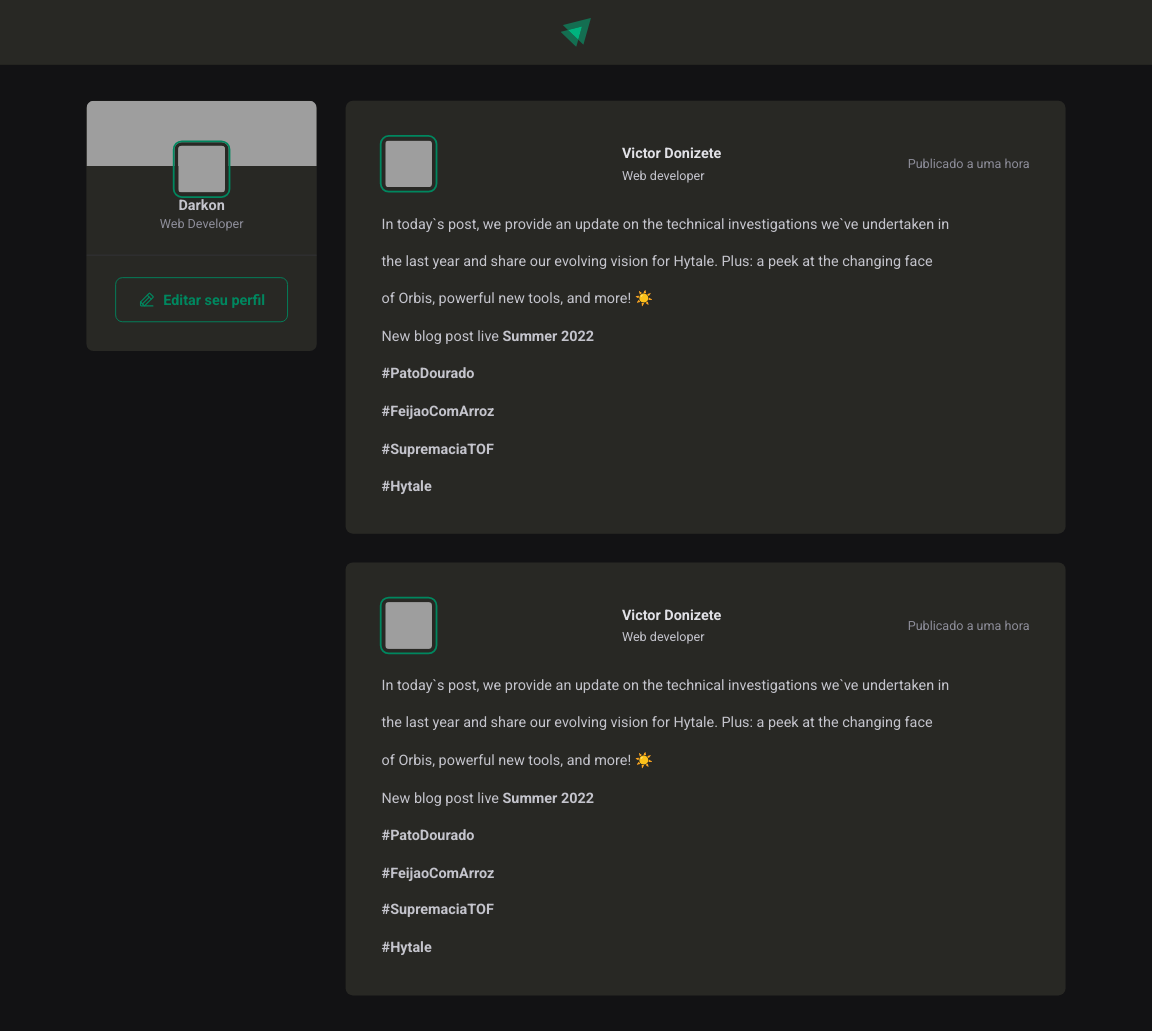
Repository: viviij/PseudoRedeSocial
Page: /
The author's editor kept a copy of each file at every save. The page is drawn from the files as they stood at one save, then again after the next save.
The browser window is 1280 px wide. The pictures show the whole page, at 90% of full size.
Pictures or frames that could not be fetched are drawn as grey boxes. The project was rebuilt for these pictures with package versions that can differ from the ones it lists, and the page was loaded fresh each time. Also part of the build but not shown: vite.config.js.

Above is the page before, as saved 2022-08-02 12:07:23.

### index.html
<!DOCTYPE html>
<html lang="en">
  <head>
    <meta charset="UTF-8" />
    <link rel="preconnect" href="https://fonts.googleapis.com">
    <link rel="preconnect" href="https://fonts.gstatic.com" crossorigin>
    <link rel="icon" type="image/svg+xml" href="/vite.svg" />
    <meta name="viewport" content="width=device-width, initial-scale=1.0" />
    <link href="https://fonts.googleapis.com/css2?family=Roboto:wght@400;700&display=swap" rel="stylesheet">
    <title>RedeSocial</title>
  </head>
  <body>
    <div id="root"></div>
    <script type="module" src="/src/main.jsx"></script>
  </body>
</html>

### src/App.jsx
import { Header } from "./components/header";
import { Sidebar } from "./components/Sidebar"
import { Post } from "./components/Post"

import styles from "./App.module.css"
import "./global.css"
export function App() {
  return (
    <div>
      <Header />

      <div className={styles.wrapper}>
        <Sidebar />
        <main>
          <Post
            author="Victor Donizete"
            content="Texto generico criado apenas para simular uma postagem"
          />
          <Post
            author="Fernanda Medeiros"
            content="Texto generico criado apenas para simular uma postagem"
          />
        </main>
      </div>
    </div>
  )
}

### src/components/header.jsx
import styles from "./Header.module.css"

import IgniteLogo from '../assets/IgniteLogo.svg'

export function Header() {
  return (
    <header className={styles.header}>
      <img src={IgniteLogo} alt="Logo da ignite" />
    </header>
  )
}

### src/components/Sidebar.jsx
import styles from "./Sidebar.module.css"
import { PencilLine } from "phosphor-react"

export function Sidebar() {
  return (
    <aside className={styles.sidebar}>
      <img
        className={styles.cover}
        src="https://images.unsplash.com/photo-1659095579647-7c1bbc73b36f?ixlib=rb-1.2.1&ixid=MnwxMjA3fDB8MHxlZGl0b3JpYWwtZmVlZHw1fHx8ZW58MHx8fHw%3D&auto=format&fit=crop&w=500&q=10" alt="plano de fundo"
      />

      <div className={styles.profile}>
        <img
          className={styles.avatar}
          src="https://github.com/viviij.png" alt="Foto de perfil" />

        <strong>Darkon</strong>
        <span>Web Developer</span>
      </div>

      <footer>
        <a
          href="#">
          <PencilLine
            size={20}
          />
          Editar seu perfil
        </a>
      </footer>
    </aside>
  )
}

### src/components/Post.jsx
import styles from "./Post.module.css"

export function Post() {
  return (
    <article className={styles.post}>
      <header>
        <div className={styles.author}>
          <img className={styles.avatar} src="https://github.com/viviij.png" alt="Foto do perfil" />
        </div>
        <div className={styles.authorInfo}>
          <strong>Victor Donizete</strong>
          <span>Web developer</span>
        </div>

        <time title="1 de agosto as 00:13h" dateTime="2022-05-11 00:13:46">Publicado a uma hora</time>
      </header>

      <div className={styles.content}>
        <p> In today`s post, we provide an update on the technical investigations we`ve undertaken in</p> <p> the last year and share our evolving vision for Hytale. Plus: a peek at the changing face </p>
        <p> of Orbis, powerful new tools, and more! ☀️ </p>
        <p>New blog post live <a href="https://hytale.com/news/2022/7/summer-2022-development-update">Summer 2022</a></p>

        <p><a href="#">#PatoDourado</a></p>{' '}
        <p><a href="#">#FeijaoComArroz</a></p>{' '}
        <p><a href="#">#SupremaciaTOF</a></p>{' '}
        <p><a href="#">#Hytale</a></p>
      </div>
    </article>
  )
}

### src/App.module.css
.wrapper {
  max-width: 70rem;
  margin: 2rem auto;
  padding: 0.5rem 1rem;

  display: grid;
  grid-template-columns: 256px 1fr;
  gap: 2rem;
  align-items: flex-start;

}

### src/global.css
:root {
  --white: #ffffff;

  --gray-100: #e1e1e6;
  --gray-300: #c4c4cc;
  --gray-400: #8d8d99;
  --gray-600: #323238;
  --gray-700: #29292e;
  --gray-800: #282824;
  --gray-900: #121214;

  --green-300: #00B37E;
  --green-500: #00875f;
}

* {
  margin: 0;
  padding: 0;
  box-sizing: border-box;
}

body {
  background: var(--gray-900);
  color: var(--gray-300);
  -webkit-font-smoothing: antialiased;
}

body,
input,
textarea,
button {
  font-family: 'Roboto', sans-serif;
  font-weight: 400;
  font-size: 1rem;
}

### src/components/Sidebar.module.css
.sidebar {
  background: var(--gray-800);
  border-radius: 8px;
  overflow: hidden;
}

.cover {
  width: 100%;
  height: 72px;
  object-fit: cover;
}

.profile {
  display: flex;
  flex-direction: column;
  align-items: center;

  margin-top: calc(0px - 1.5rem - 6px);
}

.avatar {
  width: calc(3rem + 12px);
  height: calc(3rem + 12px);
  border-radius: 8px;
  border: 4px solid var(--gray-800);
  outline: 2px solid var(--green-500);
}

.prfile strong {
  margin: 1rem;
  color: var(--gray-100);
  line-height: 1.6;
}

.profile span {
  font-size: 0.875rem;
  color: var(--gray-400);
  line-height: 1.6;
}

.sidebar footer {
  border-top: 1px solid var(--gray-600);
  margin-top: 1.5rem;
  padding: 1.5rem 2rem 2rem;
}

.sidebar footer a {
  width: 100%;
  background: transparent;
  color: var(--green-500);
  border: 1px solid var(--green-500);
  border-radius: 8px;
  height: 50px;
  padding: 0 1.5rem;
  font-weight: bold;
  display: block;
  text-decoration: none;

  display: flex;
  align-items: center;
  justify-content: center;

  gap: 0.5rem;

  transition: color 0.5s, background-color 0.5s;
}

.sidebar footer a:hover {
  background: var(--green-500);
  color: var(--white)
}

### src/components/Post.module.css
.post {
  background: var(--gray-800);
  border-radius: 8px;
  padding: 2.5rem;
}

.post+.post {
  margin-top: 2rem;
}

.content {
  line-height: 1.6;
  color: var(--gray-300);
  margin-top: 1.5rem;
}

.content p {
  margin-top: 1rem;
}

.content a {
  font-weight: bold;
  color: var(--gray-500);
  text-decoration: none;
}

.content a:hover {
  color: var(--green-300);
}

.post>header {
  display: flex;
  align-items: center;
  justify-content: space-between;
}

.post>header time {
  font-size: 0.875rem;
  color: var(--gray-400);
}

.author {
  display: flex;
  align-items: center;
  gap: 1rem;
}

.author img {
  width: calc(3rem + 12px);
  height: calc(3rem + 12px);
  border-radius: 8px;
  border: 4px solid var(--gray-800);
  outline: 2px solid var(--green-500);
}

.authorInfo strong {
  display: block;
  color: var(--gray-100);
  line-height: 1.6;
}

.authorInfo span {
  display: block;
  font-size: 0.875rem;
  color: var(--grey-400);
  line-height: 1.6;
}

Loaded but not shown: src/main.jsx (common file); src/components/Header.module.css (common file)

After the next save:
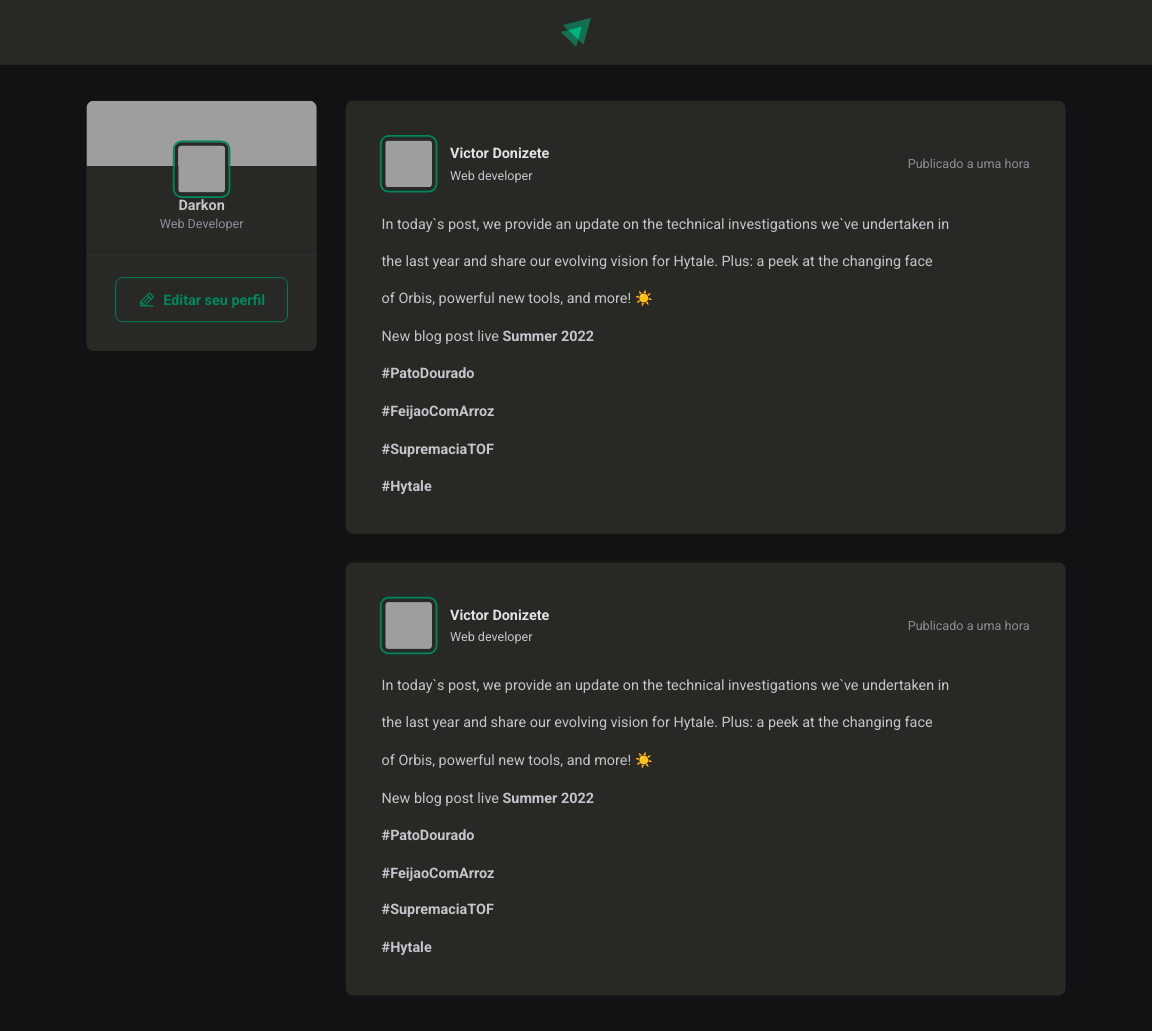
Saved 6 min 43 s later.
--- a/src/components/Post.jsx
+++ b/src/components/Post.jsx
@@ -6,12 +6,11 @@ export function Post() {
       <header>
         <div className={styles.author}>
           <img className={styles.avatar} src="https://github.com/viviij.png" alt="Foto do perfil" />
+          <div className={styles.authorInfo}>
+            <strong>Victor Donizete</strong>
+            <span>Web developer</span>
+          </div>
         </div>
-        <div className={styles.authorInfo}>
-          <strong>Victor Donizete</strong>
-          <span>Web developer</span>
-        </div>
-
         <time title="1 de agosto as 00:13h" dateTime="2022-05-11 00:13:46">Publicado a uma hora</time>
       </header>
 
